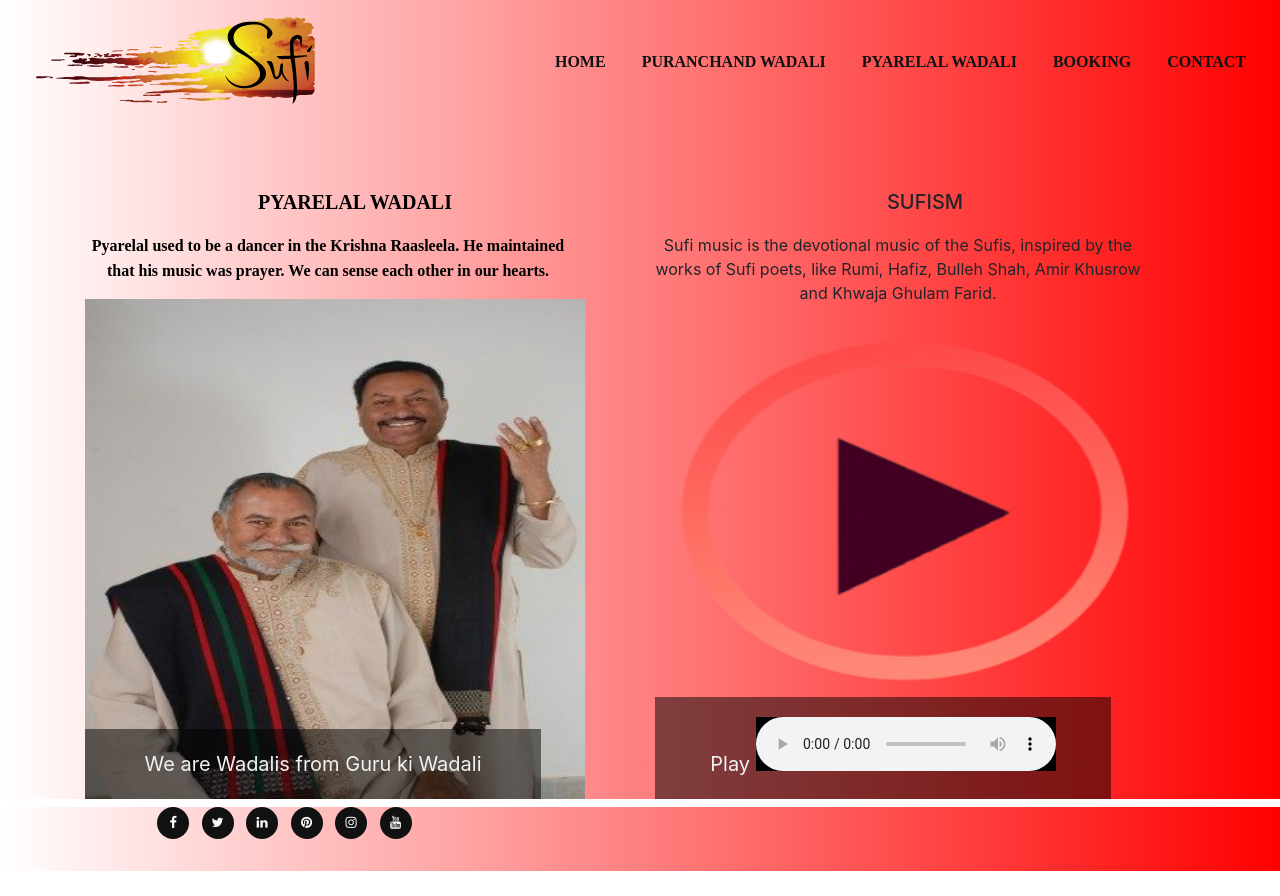
Repository: hankanallt/Wadalis
Page: pyare.html
The author's editor kept a record of every edit. The page is drawn from the files as they stood at one moment, then again after the next edit.
The browser window is 1280 px wide. The pictures show the whole page.

Above is the page before.

### pyare.html
<!DOCTYPE html>
<html lang="en">
<head>
    <meta charset="UTF-8">
    <meta name="viewport" content="width=device-width, initial-scale=1.0">
    <meta http-equiv="X-UA-Compatible" content="ie=edge">
     <link rel="stylesheet" href="style.css" type="text/css" />
    <link rel="stylesheet" href="https://stackpath.bootstrapcdn.com/bootstrap/4.3.1/css/bootstrap.min.css" integrity="sha384-ggOyR0iXCbMQv3Xipma34MD+dH/1fQ784/j6cY/iJTQUOhcWr7x9JvoRxT2MZw1T" crossorigin="anonymous">
    <script src="https://code.jquery.com/jquery-3.3.1.slim.min.js" integrity="sha384-q8i/X+965DzO0rT7abK41JStQIAqVgRVzpbzo5smXKp4YfRvH+8abtTE1Pi6jizo" crossorigin="anonymous"></script>
    <script src="https://cdnjs.cloudflare.com/ajax/libs/popper.js/1.14.7/umd/popper.min.js" integrity="sha384-UO2eT0CpHqdSJQ6hJty5KVphtPhzWj9WO1clHTMGa3JDZwrnQq4sF86dIHNDz0W1" crossorigin="anonymous"></script>
    <script src="https://stackpath.bootstrapcdn.com/bootstrap/4.3.1/js/bootstrap.min.js" integrity="sha384-JjSmVgyd0p3pXB1rRibZUAYoIIy6OrQ6VrjIEaFf/nJGzIxFDsf4x0xIM+B07jRM" crossorigin="anonymous"></script>
    <link rel="stylesheet" href="https://stackpath.bootstrapcdn.com/font-awesome/4.7.0/css/font-awesome.min.css" type="text/css" />

    <title>Wadali Bros</title>

</head>
<body>
       <section id=" nav-bar" >
  <nav class="navbar navbar-expand-lg navbar-light">
  <a class="navbar-brand" href="#"><img src="images/Logo-sufi.png"></a>

  <button class="navbar-toggler" type="button" data-toggle="collapse" data-target="#navbarNav"
  aria-controls="navbarNav" aria-expanded="false" aria-label="Toggle navigation">
    <i class="fa fa-bars"></i>
  </button>

  <div class="collapse navbar-collapse" id="navbarNav">
    <ul class="navbar-nav ml-auto">

      <li class="nav-item">
        <a class="nav-link" href="index.html">HOME</a>
      </li>
      <li class="nav-item">
        <a class="nav-link" href="puran.html">PURANCHAND WADALI</a>
      </li>
      <li class="nav-item">
        <a class="nav-link" href="pyare.html">PYARELAL WADALI</a>
      </li>
      <li class="nav-item">
        <a class="nav-link" href="book.html">BOOKING</a>
      </li>
      <li class="nav-item">
        <a class="nav-link" href="contact.html">CONTACT</a>
      </li>
    </ul>
  </div>
</nav>
    </section>

  <!-----------------banner--------------------->

   <section id= "banner" >
    <div class="container">
      <div class="row">
        <div class="col-md-6">

          <p class="title"><a href="https://timesofindia.indiatimes.com/entertainment/hindi/music/news/sufi-music-legend-pyarelal-wadali-passes-away/articleshow/63268655.cms">PYARELAL WADALI</p>
          <p class="center">Pyarelal used to be a dancer in the Krishna Raasleela.
          He maintained that his music was prayer.
          We can sense each other in our hearts.</a>
          </p>
          <a href="#"><img src="images/pyarewadali.jpg" height="500" width="500"></a>
          <div class="overlay">We are Wadalis from Guru ki Wadali
          </div>

          </div>

          <div class="col-md-6">
          <p class="title">SUFISM</p>
          <p class="center">Sufi music is the devotional music of the Sufis, inspired by the works of Sufi poets, like Rumi, Hafiz, Bulleh Shah, Amir Khusrow and Khwaja Ghulam Farid.</p>

          <a href="#"><img src="images/play button.png" onClick="document.getElementById('audio_play').play(); return false;"  width="500" height="380"></a>
          <div class="overlay">Play

          <audio id="audio_play" controls id="controls">
    <source src="Rangrez1.mp3" type="audio/mpeg" />
          </audio>
          </div>

        </div>
      </div>
    </div>
  </section>

   <footer class="mainfooter">
    <div class="col-sm-4" ml-auto>
                <h5 class="uppercase general-sub"></h5>
                <ul class="list-inline social-links">
                    <li class="list-inline-item">
                        <a target="_blank" href="https://www.facebook.com/thewadalibrothers/">
                            <i class="fa fa-facebook" aria-hidden="true"></i>
                            <span class="sr-only">Facebook</span>
                        </a>
                    </li>
                    <li class="list-inline-item">
                        <a target="_blank" href="https://twitter.com/wadalibrothers?lang=en">
                            <i class="fa fa-twitter" aria-hidden="true"></i>
                            <span class="sr-only">Twitter</span>
                        </a>
                    </li>
                    <li class="list-inline-item">
                        <a target="_blank" href="https://in.linkedin.com/in/wadali-brothers-322633147">
                            <i class="fa fa-linkedin" aria-hidden="true"></i>
                            <span class="sr-only">LinkedIn</span>
                        </a>
                    </li>
                    <li class="list-inline-item">
                        <a target="_blank" href="https://in.pinterest.com/wadalibrothers/">
                            <i class="fa fa-pinterest" aria-hidden="true"></i>
                            <span class="sr-only">Pinterest</span>
                        </a>
                    </li>
                    <li class="list-inline-item">
                        <a target="_blank" href="https://www.instagram.com/explore/tags/wadalibrothers/">
                            <i class="fa fa-instagram" aria-hidden="true"></i>
                            <span class="sr-only">Instagram</span>
                        </a>
                    </li>
                    <li class="list-inline-item">
                        <a target="_blank" href="https://www.youtube.com/watch?v=tL5sYdlk20I">
                            <i class="fa fa-youtube" aria-hidden="true"></i>
                            <span class="sr-only">YouTube</span>
                        </a>
                    </li>
                </ul>
            </div>

  </footer>
</body>
</html>

### style.css
*
{
    margin:0;
    padding: 0;
}

.body
{
    font-family: sans-serif;
}

#nav-bar
{
    position: absolute;
    top: 0;
    z-index: auto;
}

.navbar
{
 background-image: linear-gradient(to right, rgba(255,0,0,0), rgba(255,0,0,1));
}

.navbar-brand-img
{
    height: 15%;
    padding-left: 20;
    resize: auto;
    transform: translate(200px, 150px)rotate(20deg)
}

.navbar-nav li
{
    padding: 0 10px;
}

.navbar-nav li a
{
color : #111111 !important ;
font-weight : 600;
font-family: cursive;
float: right;
text-align: left;

}

.navbar-nav li a i:hover {
    background: #111111;
    transition: all 0.35s ease-in-out;
    -moz-transition: all 0.35s ease-in-out;
    -webkit-transition: all 0.35s ease-in-out;
    -o-transition: all 0.35s ease-in-out;

}

.fa-bars
{
    color: #fff;
    font-size: 30px;
}

.navbar-toggler{
    outline: none;
}

.center
{
    text-align: center;
    width: 90%;

}

.p
{
    background-color: silver;
    color: blue;

}

#banner
{
    background-image: linear-gradient(to right, rgba(255,0,0,0), rgba(255,0,0,1));
    padding-top: 5%;
    background-position: center;
    background-repeat: no-repeat;
    background-size: cover;
    min-height: 360px;
    transition: all .5s ease-in-out;
    -moz-transition: all .5s ease-in-out;
    -webkit-transition: all .5s ease-in-out;
}

.title
{
    font-size: 20px;
    font-weight: 500;
    text-align: center;
    display: block;
}

.img{
    border-color: black;
    border-radius: 2px;

}

.img1{
    border-color: black;
    border-radius: 2px;

}

.controls{
    color:transparent;
}
.overlay {
position: absolute;
  bottom: 0;
  background: rgb(0, 0, 0);
  background: rgba(0, 0, 0, 0.5); /* Black see-through */
  color: #f1f1f1;
  width: 80%;
  transition: .5s ease;
  opacity:5;
  font-size: 20px;
  padding: 20px;
  text-align: center;
}

/* When you mouse over the container, fade in the overlay title */

.container:hover .overlay {
  opacity: 5;
  transition: ease-in-out;
}



#banner a
{
    color: black;
    text-decoration: none;
    font-family: cursive;
    font-weight: bold;
}

/*-------------------------------footer*/

.mainfooter
{
  background-image: linear-gradient(to right, rgba(255,0,0,0), rgba(255,0,0,1));
  padding-bottom: 5%;
  margin: auto;
}

#audio_play{
    background-color:black;

}
/*-------------------------social links----------*/


.social-links {
    padding-bottom: 15px;
    float: right;
}



.social-links li a i {
    width: 32px;
    height: 32px;
    padding: 12px 0;
    border-radius: 50%;
    font-size: 13px;
    line-height: 7px;
    text-align: center;
    color: #fafafa;
    background: #111111;
    transition: all 0.35s ease-in-out;
    -moz-transition: all 0.35s ease-in-out;
    -webkit-transition: all 0.35s ease-in-out;
    -o-transition: all 0.35s ease-in-out;
}


.social-links li a i:hover {
    background: #e84610;
}
.foot{
    float: right;
    margin-right: 50px;
}

/*-----------------contact form-----------*/

.contact-form{
    margin-top: 100px;
    color: black;
    text-transform: inherit;
    transition: all 4s ease-in-out;

}

.contact-form h1{
    font-size: 20px;
    line-height: 10px;

}

.contact-form h2{
    font-size: 10px;
}

.form{
    margin-top: 50px;
     transition: all 4s ease-in-out;

}

.formcontrol{
    width: 600px;
    border-bottom: 2px solid;
    color: black;
    font-size: 18px;
    margin-bottom: 16px;
    font-weight: bold

}

.formcontrol1{
    background-color: transparent;
    border-color: black;
    font-size: 20px;
    font-weight: bold;
    letter-spacing: 2px;
    height: 50px;
    margin-top: 20px;



}

.formcontrol1:hover{
    background-color: pink;
    cursor: pointer;
}

@media(min-width: 900px){
    .center-form{
    padding-top: 30;
    min-height: 240px;
    margin: 0 auto;
    max-width: 50%;
}
}

After the next edit:
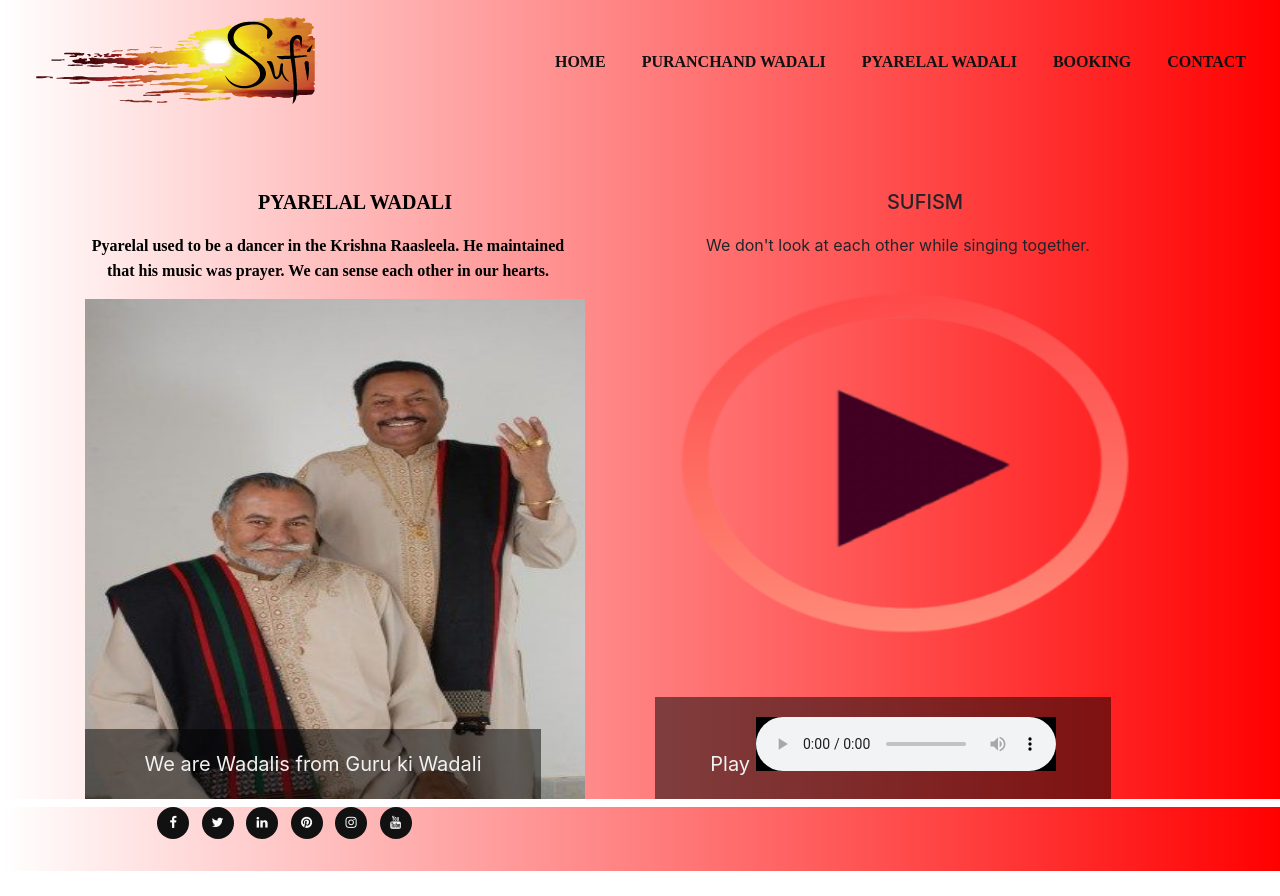
The edit:
--- a/pyare.html
+++ b/pyare.html
@@ -67,7 +67,7 @@
 
           <div class="col-md-6">
           <p class="title">SUFISM</p>
-          <p class="center">Sufi music is the devotional music of the Sufis, inspired by the works of Sufi poets, like Rumi, Hafiz, Bulleh Shah, Amir Khusrow and Khwaja Ghulam Farid.</p>
+          <p class="center">We don't look at each other while singing together.</p>
 
           <a href="#"><img src="images/play button.png" onClick="document.getElementById('audio_play').play(); return false;"  width="500" height="380"></a>
           <div class="overlay">Play
